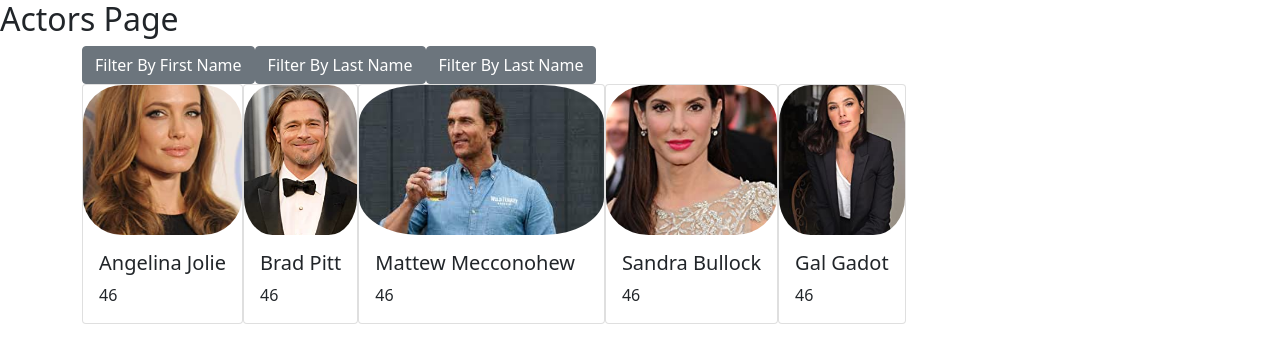
Repository: shuroo/FECourse-react-movieapp
Page: /
An editor plug-in stored every save of this project. The page is shown before and after the next save, followed by the edit.
The browser window is 1280 px wide. The pictures show the whole page.
The project was rebuilt for these pictures with package versions that can differ from the ones it lists, and the page was loaded fresh each time. Also part of the build but not shown: src/App.css.

Above is the page before, as saved 2021-07-25 15:15:51.

After the next save:
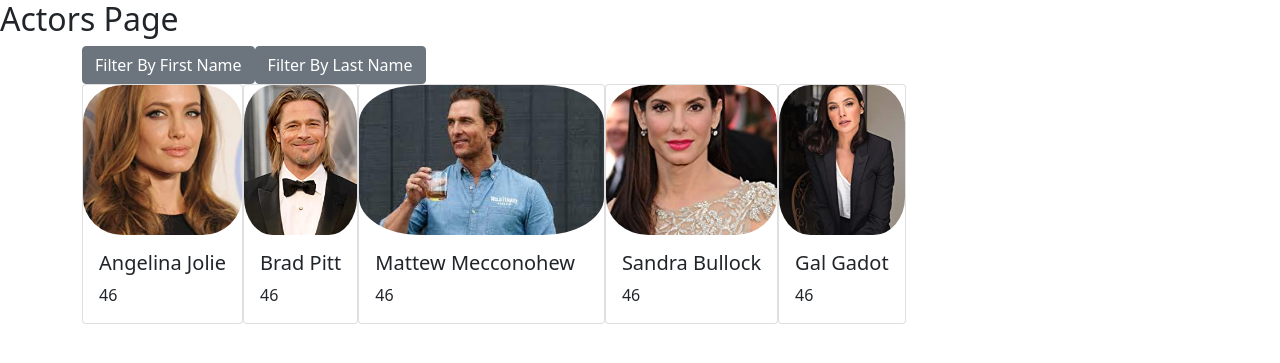
Saved 3 min 21 s later.
--- a/src/pages/ActorsPage.jsx
+++ b/src/pages/ActorsPage.jsx
@@ -52,7 +52,6 @@ function ActorsPage() {
             <InputGroup  type="text" value={filterText} onChange={(e)=>filterTextByEvent(e)}   placeholder="Filter Actors!"></InputGroup>
             <Button variant="secondary" onClick={filterByFirstName}>Filter By First Name</Button>
             <Button variant="secondary" onClick={filterByLastName}>Filter By Last Name</Button>
-            <Button variant="secondary"  onClick={filterByLastName}>Filter By Last Name</Button>
             <Row> <ImgGallery actors={actors}/> </Row>
             </Container>
 
